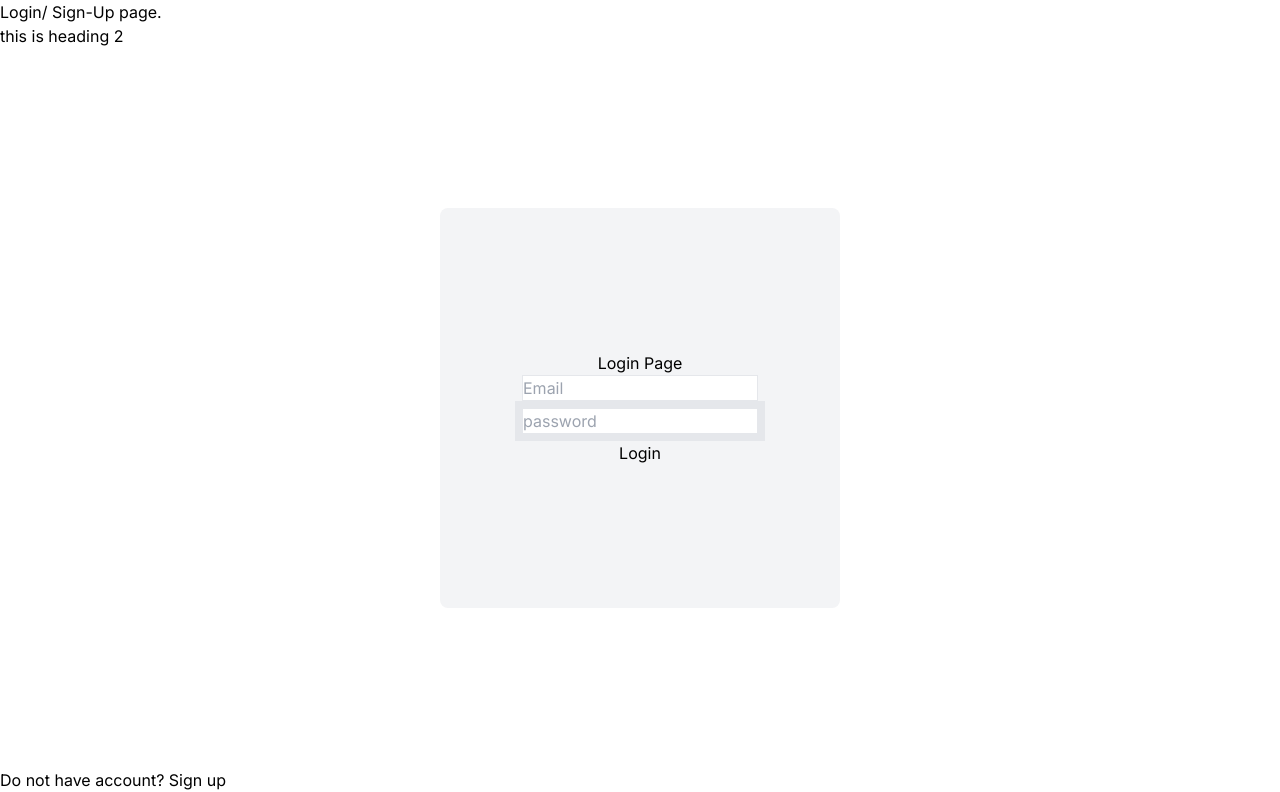
Repository: its-kundan/food-on-time
Page: /restaurant
The author's editor kept a copy of each file at every save. The page is drawn from the files as they stood at one save, then again after the next save.
The browser window is 1280 px wide. The pictures show the whole page.
The project was rebuilt for these pictures with package versions that can differ from the ones it lists, and the page was loaded fresh each time. The framework's server and built-in components were replaced by stand-ins that run in the browser. Also part of the build but not shown: next.config.mjs, src/app/_components/SignUp.jsx.

Above is the page before, as saved 2024-07-24 23:37:12.

### src/app/restaurant/page.js
/* disable eslint */
"use client"
import React from 'react'
import { useState } from 'react';

import Login from '@/app/_components/Login'
import Signup from '@/app/_components/Signup'

function Restaurant() {
    const [login,setLogin] = useState(true);
  return (
    <>
    <h1> Login/ Sign-Up page.</h1>
    <h2> this is heading 2</h2>
    {
        login?<Login/>:<Signup/>
    }


    <div>

    <button className="border-0 " onClick={()=>{setLogin(!login)}}>
      {login?"Do not have account? Sign up":"Already have an account? Login"}

    </button>
    </div>
    </>
  )
}

export default Restaurant

### src/app/_components/Login.jsx
import React from 'react'

function Login() {
  return (
    <>
    <div className='flex justify-center items-center h-screen w-screen'>

        <div className='flex flex-col border-3 shadow-4 h-[400px] w-[400px] items-center justify-center bg-gray-100 dark:bg-gray-800 rounded-lg'>
        <h3> Login  Page</h3>
        <input className='border ' type="email" placeholder="Email" />

        <input className='border-8' type="password" placeholder="password" />

        <button>Login</button>
        </div>
    </div>
    </>
  )
}

export default Login


// import React from 'react'

// function page() {
//   return (
//     <div>
//       <h1> Login page</h1>
//     </div>
//   )
// }

// export default page


// import { useState } from 'react';

// export default function LoginPage() {
//   const [email, setEmail] = useState('');
//   const [password, setPassword] = useState('');
//   const [isDarkMode, setIsDarkMode] = useState(false);

//   const handleLogin = () => {
//     // Handle login logic here
//     console.log('Logging in with:', { email, password });
//   };

//   const toggleDarkMode = () => {
//     setIsDarkMode(!isDarkMode);
//   };

//   return (
//     <div className={isDarkMode ? 'dark' : ''}>
//       <div className="min-h-screen flex items-center justify-center bg-gray-100 dark:bg-gray-900">
//         <div className="bg-white dark:bg-gray-800 p-6 rounded-lg shadow-lg w-full max-w-md">
//           <h2 className="text-2xl font-bold mb-6 text-gray-900 dark:text-white">Login</h2>
//           <div className="mb-4">
//             <label className="block text-gray-700 dark:text-gray-300 text-sm font-bold mb-2" htmlFor="email">
//               Email
//             </label>
//             <input
//               type="email"
//               id="email"
//               placeholder="Email"
//               value={email}
//               onChange={(e) => setEmail(e.target.value)}
//               className="shadow appearance-none border rounded w-full py-2 px-3 text-gray-700 dark:text-gray-300 dark:bg-gray-900 leading-tight focus:outline-none focus:shadow-outline"
//             />
//           </div>
//           <div className="mb-6">
//             <label className="block text-gray-700 dark:text-gray-300 text-sm font-bold mb-2" htmlFor="password">
//               Password
//             </label>
//             <input
//               type="password"
//               id="password"
//               placeholder="Password"
//               value={password}
//               onChange={(e) => setPassword(e.target.value)}
//               className="shadow appearance-none border rounded w-full py-2 px-3 text-gray-700 dark:text-gray-300 dark:bg-gray-900 leading-tight focus:outline-none focus:shadow-outline"
//             />
//           </div>
//           <div className="flex items-center justify-between">
//             <button
//               onClick={handleLogin}
//               className="bg-blue-500 hover:bg-blue-700 text-white font-bold py-2 px-4 rounded focus:outline-none focus:shadow-outline"
//             >
//               Login
//             </button>
//             <button
//               onClick={toggleDarkMode}
//               className="bg-gray-500 hover:bg-gray-700 text-white font-bold py-2 px-4 rounded focus:outline-none focus:shadow-outline"
//             >
//               {isDarkMode ? 'Light Mode' : 'Dark Mode'}
//             </button>
//           </div>
//         </div>
//       </div>
//     </div>
//   );
// }

Loaded but not shown: src/app/layout.js (common file); src/app/globals.css (common file); tailwind.config.js (common file)

After the next save:
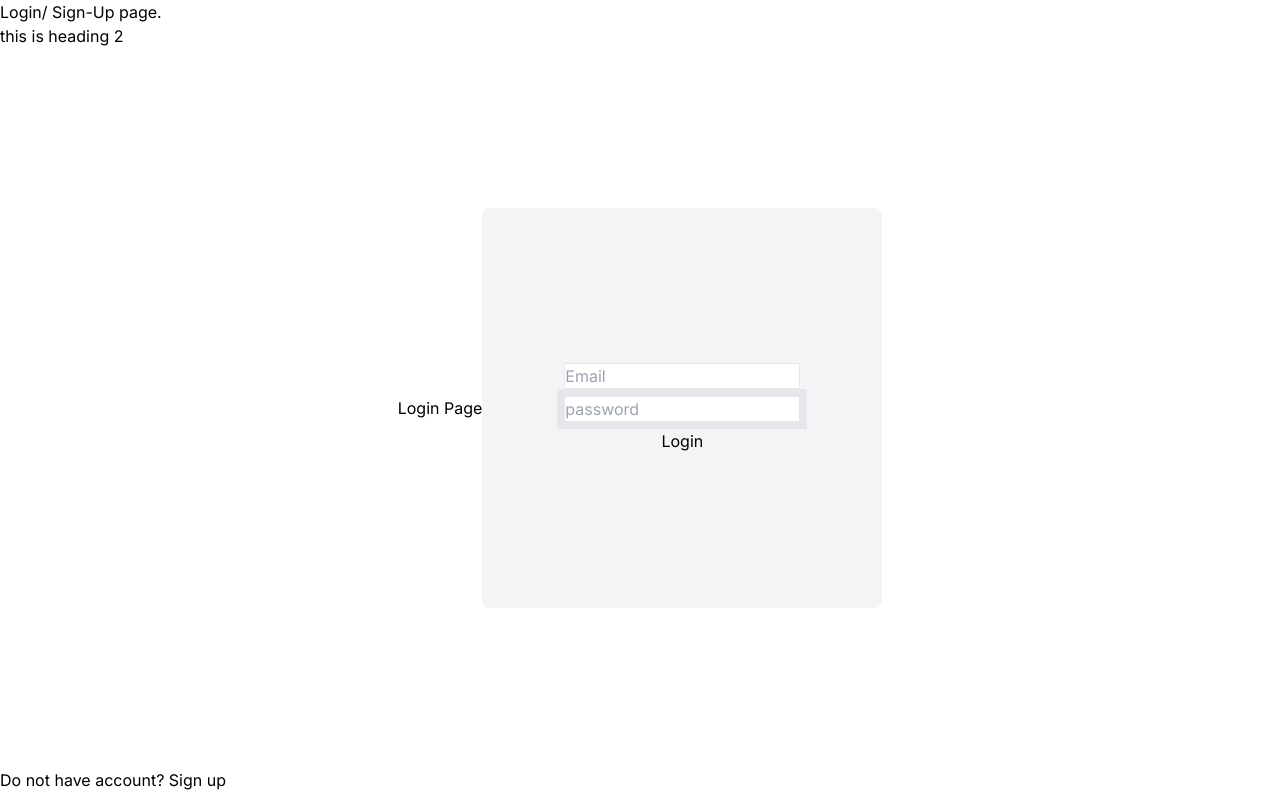
Saved 32 s later.
--- a/src/app/_components/Login.jsx
+++ b/src/app/_components/Login.jsx
@@ -5,8 +5,8 @@ function Login() {
     <>
     <div className='flex justify-center items-center h-screen w-screen'>
 
+        <h3> Login  Page</h3>
         <div className='flex flex-col border-3 shadow-4 h-[400px] w-[400px] items-center justify-center bg-gray-100 dark:bg-gray-800 rounded-lg'>
-        <h3> Login  Page</h3>
         <input className='border ' type="email" placeholder="Email" />
 
         <input className='border-8' type="password" placeholder="password" />
